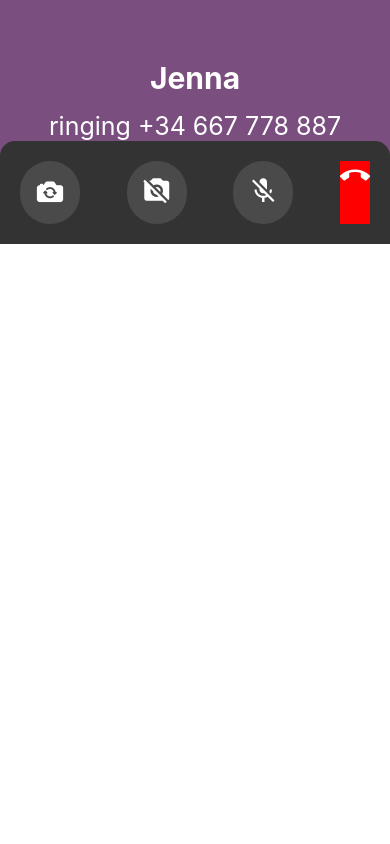
Repository: JennaFi/VideoCallApp
Screen: /
These files come from the project's save history. The screen is drawn as it stood at one moment and after the next save; the edit follows.
The app was drawn by React Native's web renderer in a window 390 px wide. The project was rebuilt for these pictures with package versions that can differ from the ones it lists, and the page was loaded fresh each time.

Above is the screen before, as saved 2022-01-12 00:22:01.

After the next save:
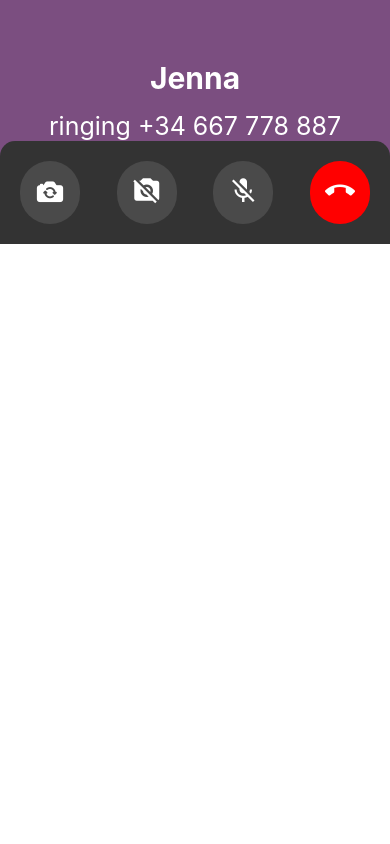
Saved 41 s later.
--- a/src/screens/CallingScreen/index.js
+++ b/src/screens/CallingScreen/index.js
@@ -23,7 +23,7 @@ const CallingScreen = () => {
           <MaterialIcons name='microphone-off' size={30} color={'white'} />
         </View>
 
-        <View style={styles.iconButton, {backgroundColor: 'red'}}>
+        <View style={[styles.iconButton, {backgroundColor: 'red'}]}>
           <MaterialIcons name='phone-hangup' size={30} color={'white'} />
         </View>
 
